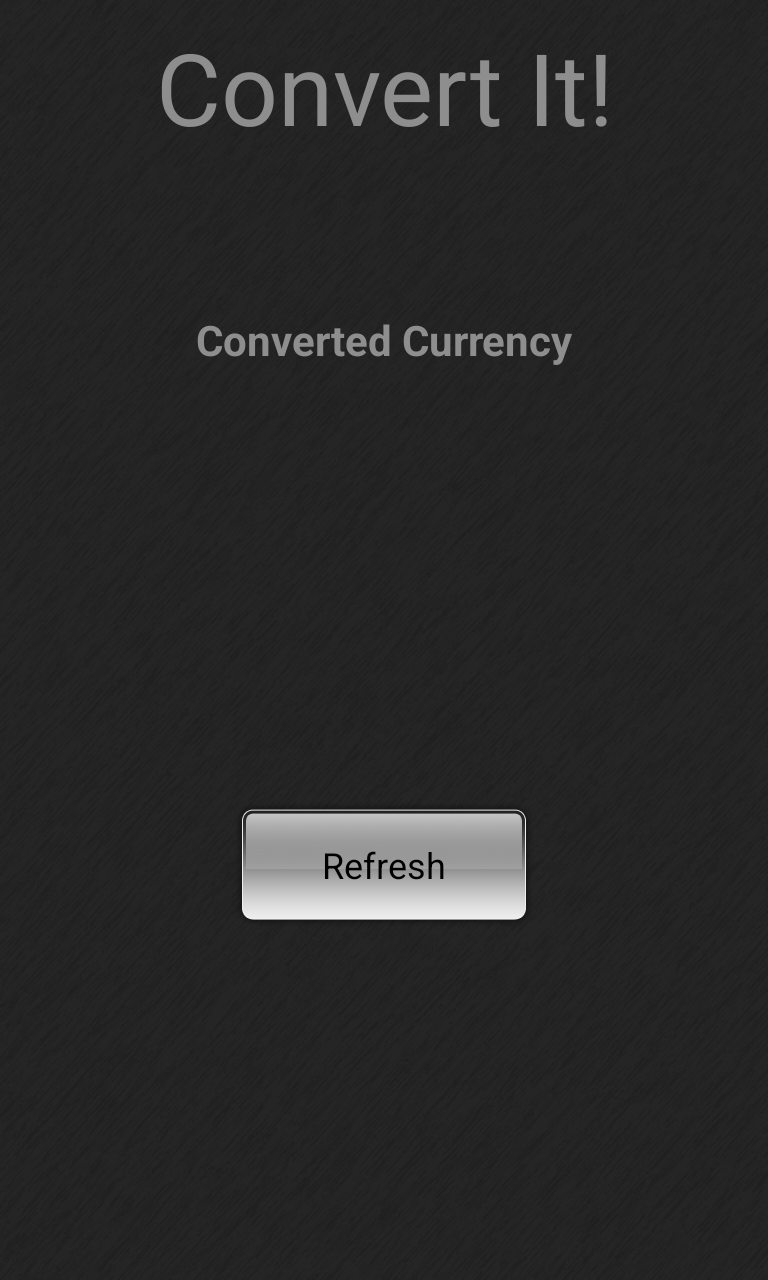
Repository: efreestone/MDF3_Freestone
Layout: ConvertIt/res/layout/activity_main.xml
The author's editor kept a copy of each file at every save. The layout is drawn from the files as they stood at one save, then again after the next save.
It is drawn on a 768 x 1280 px phone screen (xhdpi) without system bars, with theme AppTheme; the app's code is not run.

Above is the layout before, as saved 2014-07-11 02:11:35.

### ConvertIt/res/layout/activity_main.xml
<?xml version="1.0" encoding="utf-8"?>
<LinearLayout xmlns:android="http://schemas.android.com/apk/res/android"
    android:id="@+id/parentView"
    android:layout_width="match_parent"
    android:layout_height="match_parent"
    android:background="@drawable/main_background"
    android:orientation="vertical"
    >

    <TextView
        android:id="@+id/titleTV"
        android:layout_width="match_parent"
        android:layout_height="wrap_content"
        android:layout_marginTop="10dp"
        android:layout_marginBottom="10dp"
        android:textSize="50sp"
        android:textColor="#8e8e8e"
        android:gravity="center"
        android:text="@string/app_name" />

    <TextView
        android:id="@+id/usdTV"
        android:layout_width="match_parent"
        android:layout_height="wrap_content"
        android:layout_marginTop="30dp"
        android:layout_marginBottom="10dp"
        android:textSize="21sp"
        android:textColor="#ffffff"
        android:gravity="center" />

    <TextView
        android:id="@+id/convertedLabel"
        android:layout_width="match_parent"
        android:layout_height="wrap_content"
        android:gravity="center"
        android:textStyle="bold"
        android:textSize="21sp"
        android:layout_marginBottom="5dp"
        android:textColor="#8e8e8e"
        android:text="@string/convertedLabelString"/>

    <TextView
        android:id="@+id/eurTV"
        android:layout_width="match_parent"
        android:layout_height="wrap_content"
        android:textSize="17sp"
        android:textColor="#ffffff"
        android:gravity="center" />

    <TextView
        android:id="@+id/gbpTV"
        android:layout_width="match_parent"
        android:layout_height="wrap_content"
        android:textSize="17sp"
        android:textColor="#ffffff"
        android:gravity="center" />

    <TextView
        android:id="@+id/inrTV"
        android:layout_width="match_parent"
        android:layout_height="wrap_content"
        android:textSize="17sp"
        android:textColor="#ffffff"
        android:gravity="center" />

    <TextView
        android:id="@+id/cadTV"
        android:layout_width="match_parent"
        android:layout_height="wrap_content"
        android:textSize="17sp"
        android:textColor="#ffffff"
        android:gravity="center" />

    <TextView
        android:id="@+id/audTV"
        android:layout_width="match_parent"
        android:layout_height="wrap_content"
        android:textSize="17sp"
        android:textColor="#ffffff"
        android:gravity="center" />

    <TextView
        android:id="@+id/mxnTV"
        android:layout_width="match_parent"
        android:layout_height="wrap_content"
        android:textSize="17sp"
        android:textColor="#ffffff"
        android:gravity="center" />

    <TextView
        android:id="@+id/cnyTV"
        android:layout_width="match_parent"
        android:layout_height="wrap_content"
        android:textSize="17sp"
        android:textColor="#ffffff"
        android:gravity="center" />

    <TextView
        android:id="@+id/myrTV"
        android:layout_width="match_parent"
        android:layout_height="wrap_content"
        android:textSize="17sp"
        android:textColor="#ffffff"
        android:gravity="center" />

    <TextView
        android:id="@+id/aedTV"
        android:layout_width="match_parent"
        android:layout_height="wrap_content"
        android:textSize="17sp"
        android:textColor="#ffffff"
        android:gravity="center" />

    <Button
        android:id="@+id/refreshButton"
        android:layout_width="wrap_content"
        android:layout_height="wrap_content"
        android:layout_gravity="center"
        android:layout_margin="5dp"
        android:clickable="true"
        android:background="@drawable/button_background"
        android:text="@string/refreshButton"
        android:width="150dp" />



</LinearLayout>

### ConvertIt/res/values/strings.xml
<?xml version="1.0" encoding="utf-8"?>
<resources>

    <string name="app_name">Convert It!</string>
    <string name="hello_world">Hello world!</string>
    <string name="action_settings">Settings</string>

    <string name="refreshButton">Refresh</string>

    <string name="noConnectionTitle">Connection Error</string>
    <string name="noConnectionAlert">This application requires internet access. Please check your network connection and try again.</string>

    <string name="noFileTitle">File does not exist</string>
    <string name="noFileAlert">The file does not exist on your device so it was requested from the API. Select Refresh to update the ListView</string>

    <string name="convertedLabelString">Converted Currency</string>

</resources>

### ConvertIt/res/drawable-hdpi/button_background.xml
<?xml version="1.0" encoding="utf-8"?>
<selector xmlns:android="http://schemas.android.com/apk/res/android" >
    <!-- Button Image when pressed -->
    <item
        android:drawable="@drawable/gradient_pressed_9patch"
        android:state_pressed="true"/>

    <!-- Button Image -->
    <item
        android:drawable="@drawable/gradient_9patch"/>



</selector>

### ConvertIt/res/drawable-ldpi/button_background.xml
<?xml version="1.0" encoding="utf-8"?>
<selector xmlns:android="http://schemas.android.com/apk/res/android" >
    <!-- Button Image when pressed -->
    <item
        android:drawable="@drawable/gradient_pressed_9patch"
        android:state_pressed="true"/>

    <!-- Button Image -->
    <item
        android:drawable="@drawable/gradient_9patch"/>



</selector>

### ConvertIt/res/drawable-mdpi/button_background.xml
<?xml version="1.0" encoding="utf-8"?>
<selector xmlns:android="http://schemas.android.com/apk/res/android" >
    <!-- Button Image when pressed -->
    <item
        android:drawable="@drawable/gradient_pressed_9patch"
        android:state_pressed="true"/>

    <!-- Button Image -->
    <item
        android:drawable="@drawable/gradient_9patch"/>



</selector>

### ConvertIt/res/drawable-xhdpi/button_background.xml
<?xml version="1.0" encoding="utf-8"?>
<selector xmlns:android="http://schemas.android.com/apk/res/android" >
    <!-- Button Image when pressed -->
    <item
        android:drawable="@drawable/gradient_pressed_9patch"
        android:state_pressed="true"/>

    <!-- Button Image -->
    <item
        android:drawable="@drawable/gradient_9patch"/>



</selector>

### ConvertIt/res/drawable-xxhdpi/button_background.xml
<?xml version="1.0" encoding="utf-8"?>
<selector xmlns:android="http://schemas.android.com/apk/res/android" >
    <!-- Button Image when pressed -->
    <item
        android:drawable="@drawable/gradient_pressed_9patch"
        android:state_pressed="true"/>

    <!-- Button Image -->
    <item
        android:drawable="@drawable/gradient_9patch"/>



</selector>

Loaded but not shown: ConvertIt/res/values/styles.xml (common file); ConvertIt/res/values-v11/styles.xml (common file); ConvertIt/res/values-v14/styles.xml (common file)

After the next save:
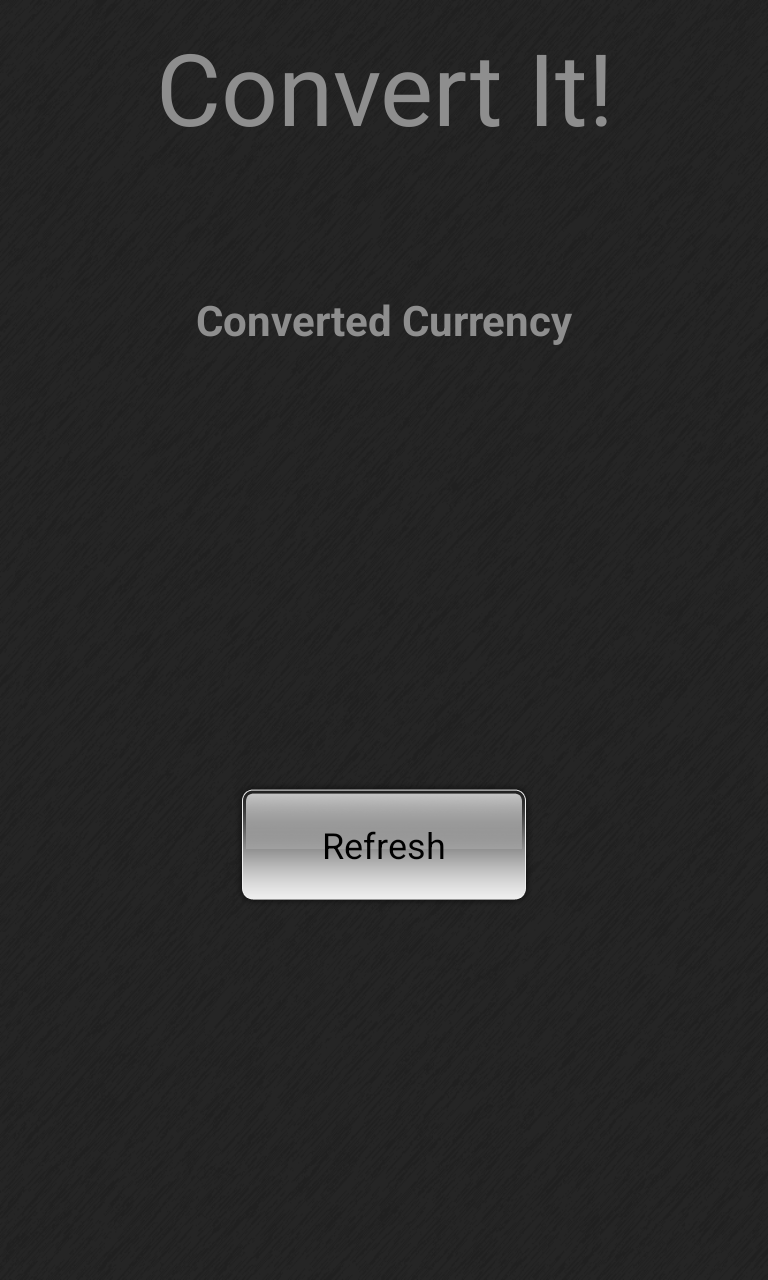
Saved 16 s later.
--- a/ConvertIt/res/layout/activity_main.xml
+++ b/ConvertIt/res/layout/activity_main.xml
@@ -22,7 +22,7 @@
         android:id="@+id/usdTV"
         android:layout_width="match_parent"
         android:layout_height="wrap_content"
-        android:layout_marginTop="30dp"
+        android:layout_marginTop="20dp"
         android:layout_marginBottom="10dp"
         android:textSize="21sp"
         android:textColor="#ffffff"
